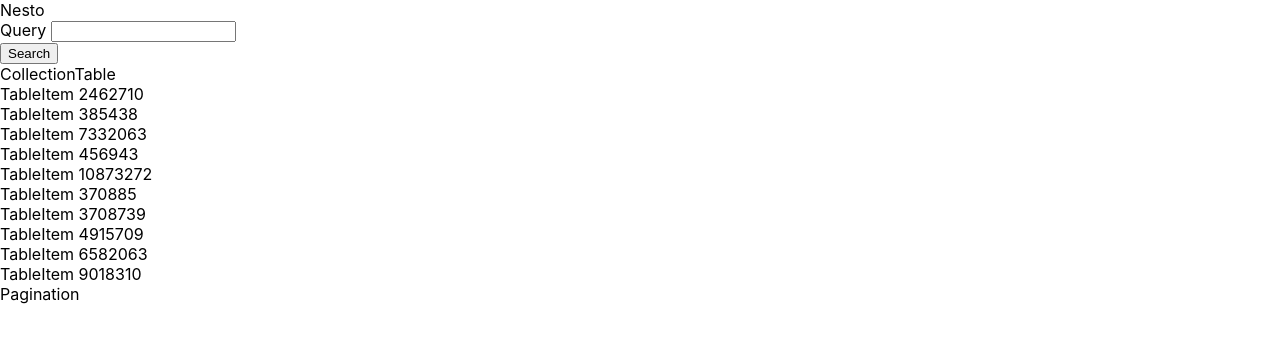
Repository: ivan-baljkas/pristupni_zadatak
Page: / (app in frontend/react-akademija-master/)
The author's editor kept a copy of each file at every save. The page is drawn from the files as they stood at one save, then again after the next save.
The browser window is 1280 px wide. The pictures show the whole page.
The project was rebuilt for these pictures with package versions that can differ from the ones it lists, and the page was loaded fresh each time.

Above is the page before, as saved 2021-07-21 12:40:25.

After the next save:
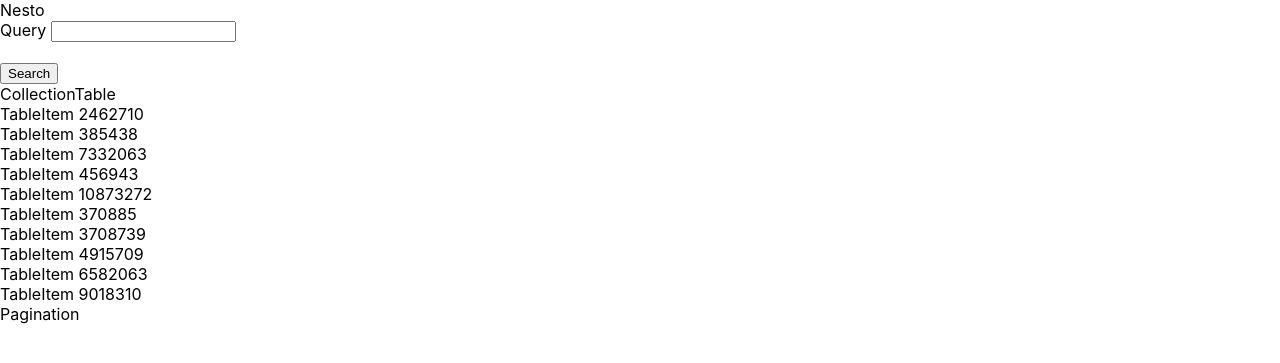
Saved 4 min 47 s later.
--- a/frontend/react-akademija-master/src/components/SearchForm.jsx
+++ b/frontend/react-akademija-master/src/components/SearchForm.jsx
@@ -4,8 +4,11 @@ export const SearchForm = (props) =>{
 
     return(
         <div>
-            <label for="fname">Query </label>
-            <input type="text" id="fname" name="fname"/>
+            <div>
+                <label htmlFor="query">Query </label>
+                <input type="text" id="query"/>
+            </div>
+
             <br></br>
             <button type="button">Search</button>
         </div>
